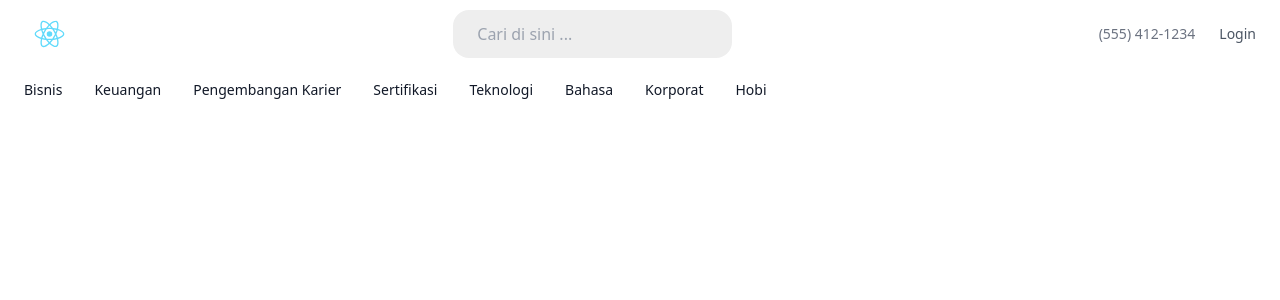
Repository: farrelmuhammad/arkademi-test
Page: /
An editor plug-in stored every save of this project. The page is shown before and after the next save, followed by the edit.
The browser window is 1280 px wide. The pictures show the whole page.
The project was rebuilt for these pictures with package versions that can differ from the ones it lists, and the page was loaded fresh each time. Also part of the build but not shown: src/App.css.

Above is the page before, as saved 2022-12-28 18:02:15.

### src/App.js
import logo from './logo.svg';
import './App.css';
import Home from './pages/Home';

function App() {
  return (
    <>
      <Home />
    </>
  );
}

export default App;

### src/pages/Home.jsx
import React from "react";
import Navbar from "../components/Navbar";

const Home = () => {
  return (
    <>
      <Navbar />
    </>
  );
};

export default Home;

### src/components/Navbar.jsx
import React from "react";
import Logo from "../assets/Logo.svg";

const Navbar = () => {
  return (
    <>
      <nav className="bg-white border-blue-500 dark:bg-blue-500">
        <div className="flex flex-wrap justify-between items-center mx-auto max-w-screen-xl px-4 md:px-6 py-2.5">
          <a href="https://flowbite.com" className="flex items-center">
            <img src={Logo} className="h-6 mr-3 sm:h-9" alt="Arkademi Logo" />
            {/* <span className="self-center text-xl font-semibold whitespace-nowrap dark:text-white">
              Flowbite
            </span> */}
          </a>
          <div className="h-12 bg-white rounded-2xl py-3 px-6 text-neutral-3 flex lg:bg-[#EEEEEE]">
            <input
              className="w-full h-full bg-transparent focus:outline-none"
              placeholder="Cari di sini ..."
              // onChange={props.onSearchChange}
            />
            {/* <FiSearch className="text-2xl" /> */}
          </div>

          <div className="flex items-center">
            <a
              href="tel:5541251234"
              className="mr-6 text-sm font-medium text-gray-500 dark:text-white hover:underline"
            >
              (555) 412-1234
            </a>
            <a
              href="#"
              className="text-sm font-medium text-gray-600 dark:text-white hover:underline"
            >
              Login
            </a>
          </div>
        </div>
      </nav>
      <nav className="bg-white dark:bg-white">
        <div className="max-w-screen-xl px-4 py-3 mx-auto md:px-6">
          <div className="flex items-center">
            <ul className="flex flex-row mt-0 mr-6 space-x-8 text-sm font-medium">
              <li>
                <a
                  href="#"
                  className="text-gray-900 dark:text-dark hover:underline"
                  aria-current="page"
                >
                  Bisnis
                </a>
              </li>
              <li>
                <a
                  href="#"
                  className="text-gray-900 dark:text-dark hover:underline"
                >
                  Keuangan
                </a>
              </li>
              <li>
                <a
                  href="#"
                  className="text-gray-900 dark:text-dark hover:underline"
                >
                  Pengembangan Karier
                </a>
              </li>
              <li>
                <a
                  href="#"
                  className="text-gray-900 dark:text-dark hover:underline"
                >
                  Sertifikasi
                </a>
              </li>
              <li>
                <a
                  href="#"
                  className="text-gray-900 dark:text-dark hover:underline"
                >
                  Teknologi
                </a>
              </li>
              <li>
                <a
                  href="#"
                  className="text-gray-900 dark:text-dark hover:underline"
                >
                  Bahasa
                </a>
              </li>
              <li>
                <a
                  href="#"
                  className="text-gray-900 dark:text-dark hover:underline"
                >
                  Korporat
                </a>
              </li>
              <li>
                <a
                  href="#"
                  className="text-gray-900 dark:text-dark hover:underline"
                >
                  Hobi
                </a>
              </li>
            </ul>
          </div>
        </div>
      </nav>
    </>
  );
};

export default Navbar;

Loaded but not shown: public/index.html (common file); src/index.js (common file); src/index.css (common file); src/reportWebVitals.js (common file); tailwind.config.js (common file)

After the next save:
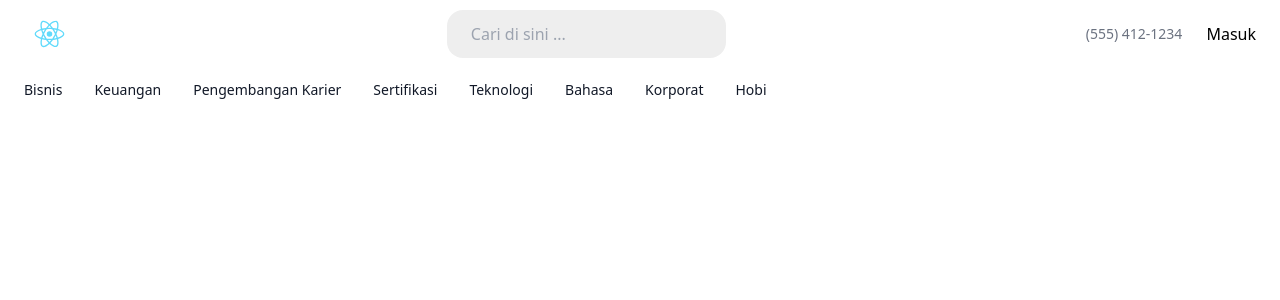
Saved 79 s later.
--- a/src/components/Navbar.jsx
+++ b/src/components/Navbar.jsx
@@ -28,12 +28,10 @@
             >
               (555) 412-1234
             </a>
-            <a
-              href="#"
-              className="text-sm font-medium text-gray-600 dark:text-white hover:underline"
-            >
-              Login
-            </a>
+            <button className="btn shadow-none">
+              {/* <FiLogIn /> */}
+              Masuk
+            </button>
           </div>
         </div>
       </nav>

After the 2 saves that followed:
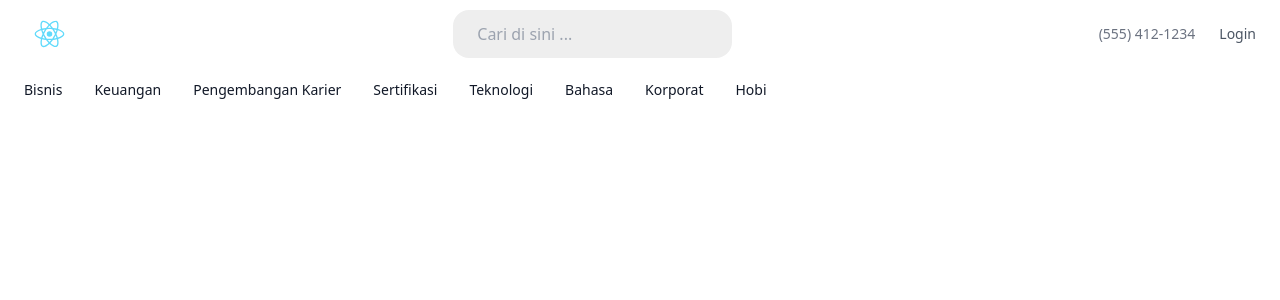
The 2 saves are shown as one change because 1 left the picture as it was.
The last was saved 38 s later.
--- a/src/components/Navbar.jsx
+++ b/src/components/Navbar.jsx
@@ -28,10 +28,12 @@
             >
               (555) 412-1234
             </a>
-            <button className="btn shadow-none">
-              {/* <FiLogIn /> */}
-              Masuk
-            </button>
+            <a
+              href="#"
+              className="text-sm font-medium text-gray-600 dark:text-white hover:underline"
+            >
+              Login
+            </a>
           </div>
         </div>
       </nav>
